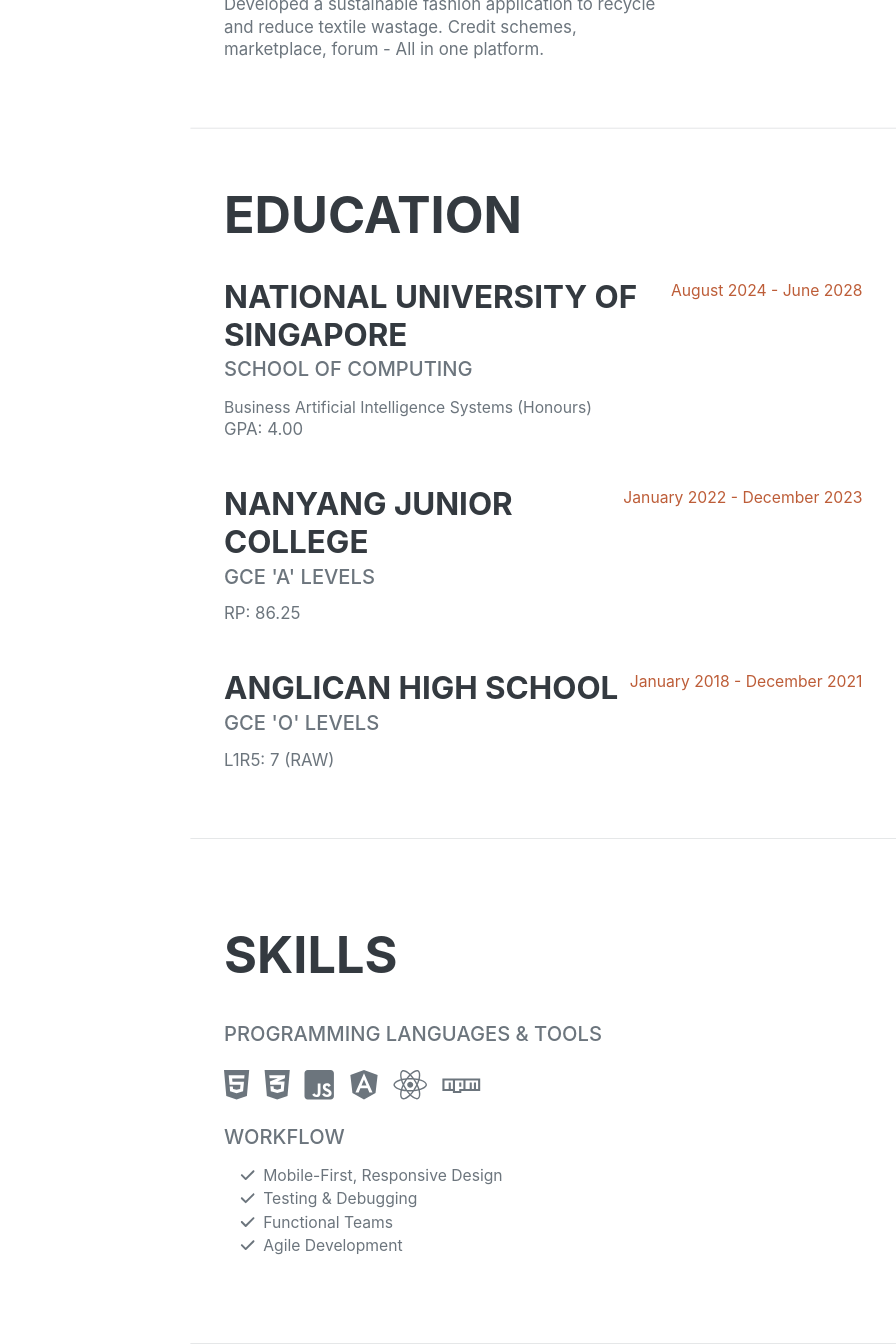
Repository: cheryl9/portfolio
Page: index.html
The author's editor kept a copy of each file at every save. The page is drawn from the files as they stood at one save, then again after the next save.
The browser window is 1280 px wide. The pictures show the part of the page from y = 1621 to 3541 px (the page is 3541 px tall), at 70% of full size.
Some web fonts or font styles are not loaded; a fallback is used. Some web libraries are served in a nearby version.

Above is the page before, as saved 2026-01-30 01:36:06.

After the next save:
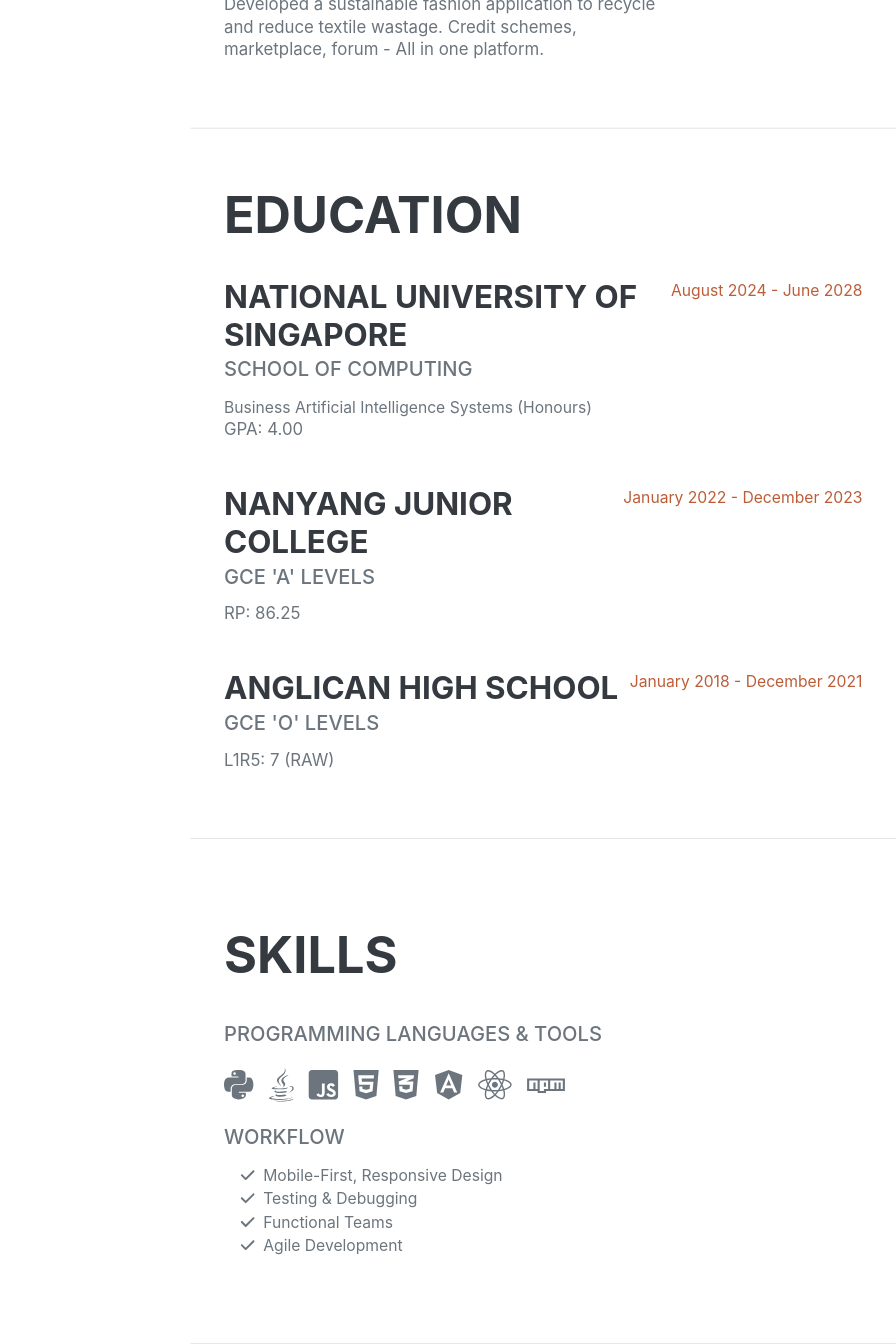
Saved 45 s later.
--- a/index.html
+++ b/index.html
@@ -121,9 +121,11 @@
                     <h2 class="mb-5">Skills</h2>
                     <div class="subheading mb-3">Programming Languages & Tools</div>
                     <ul class="list-inline dev-icons">
+                        <li class="list-inline-item"><i class="fab fa-python"></i></li>
+                        <li class="list-inline-item"><i class="fab fa-java"></i></li>
+                        <li class="list-inline-item"><i class="fab fa-js-square"></i></li>
                         <li class="list-inline-item"><i class="fab fa-html5"></i></li>
                         <li class="list-inline-item"><i class="fab fa-css3-alt"></i></li>
-                        <li class="list-inline-item"><i class="fab fa-js-square"></i></li>
                         <li class="list-inline-item"><i class="fab fa-angular"></i></li>
                         <li class="list-inline-item"><i class="fab fa-react"></i></li>
                         <li class="list-inline-item"><i class="fab fa-npm"></i></li>
